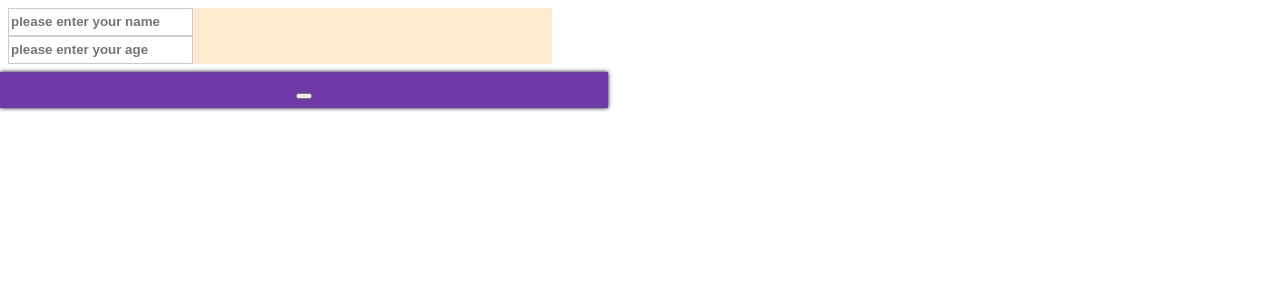
Repository: NamalPathirana/section-eight
Page: /
These files come from the project's save history. The page is drawn as it stood at one moment and after the next save; the edit follows.
The browser window is 1280 px wide. The pictures show the whole page.
The project was rebuilt for these pictures with package versions that can differ from the ones it lists, and the page was loaded fresh each time.

Above is the page before, as saved 2021-11-25 21:42:14.

After the next save:
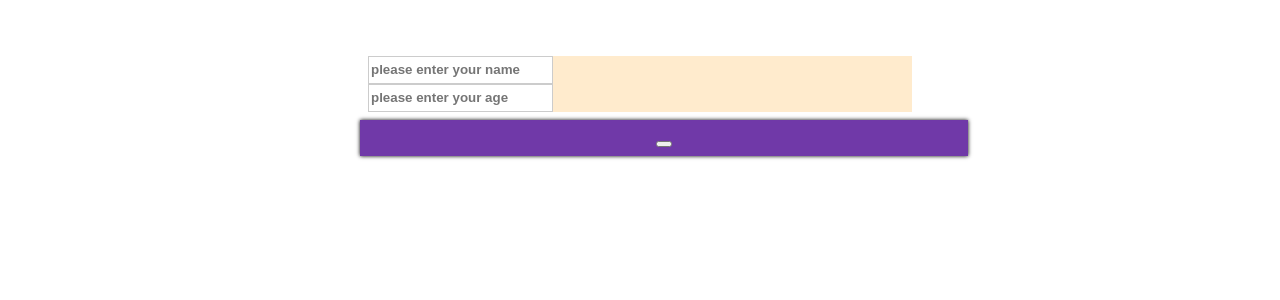
Saved 31 s later.
--- a/src/App.css
+++ b/src/App.css
@@ -1,6 +1,8 @@
 .App {
-  width: 35rem;
   text-align: center;
   display: flex;
   flex-direction: column;
+  width: 35rem;
+  max-width: 90%;
+  margin: 3rem auto;
 }
